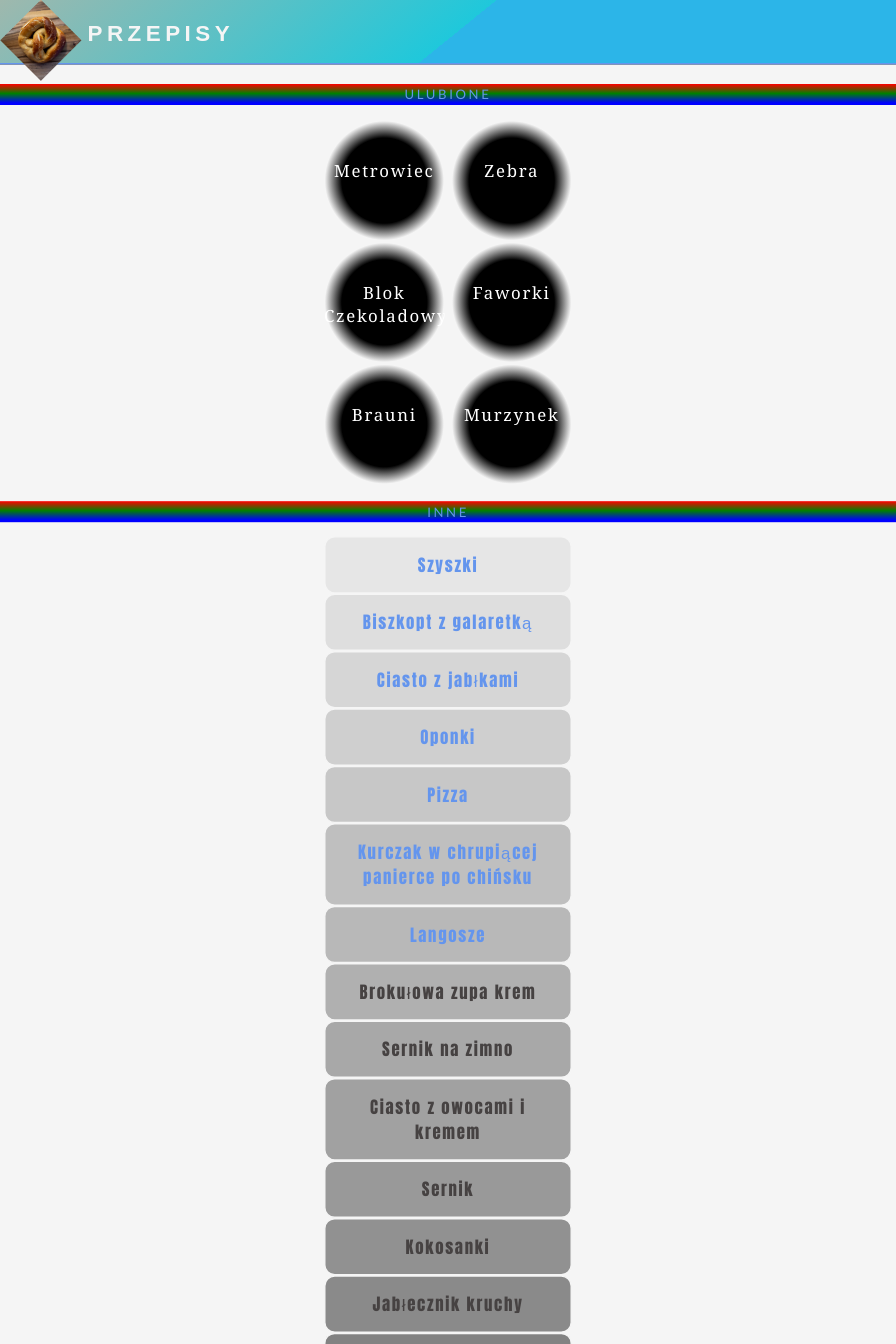
Repository: yaoayh/przepisy
Page: index.html
The author's editor kept a copy of each file at every save. The page is drawn from the files as they stood at one save, then again after the next save.
The browser window is 1280 px wide. The pictures show the part of the page from y = 0 to 1920 px (the page is 3147 px tall), at 70% of full size.

Above is the page before, as saved 2020-08-14 01:13:06.

### index.html
<!DOCTYPE html>
<html>
    <head>
        <title>Przepisy</title>

        <meta charset="UTF-8">
        <meta name="viewport" content="width=device-width,
        initial-scale=1.0">
        <meta name="author" content="Dawid Litwin">

        <link rel="shortcut icon" href="images/icon.jpg">

        <link href="css/styles.css" type="text/css"
        rel="stylesheet" />
    </head>

    <body>
        <!--                HEADER                           -->
        <div id="header">
            <div class="picture">
                <a href="#top"><img src="images/precel.jpg" alt="precel"
                title="obrazek przedstawiajacy precel"
                width= "82,8" height= "82,8"></a>
            </div>
        <h1>Przepisy</h1>
        </div>


        <!--                    INFO 1                       -->

        <div class="info_Nr1">
            <h3>Ulubione</h3>
        </div>
        <!--                    SQARES                       -->

        <form class="head_Sqares">
            <!----------------------------------------------------------------------------------------------------------------------------------------------------------------------->
            <a class="m1" href="podstrony/metrowiec.html">
            <div class="sqares_Left">
                <p class="favorites">Metrowiec
                </p>
            </div></a>
            <a href="podstrony/Zebra.htm">
            <div class="sqares_Right">
                <p class="favorites">Zebra</p>
            </div></a>
            <!---->
            <a href="podstrony/blok_Czekoladowy.html"><div class="sqares_Left">
                <p class="bigger">Blok Czekoladowy</p>
            </div></a>
            <a href="podstrony/faworki.html"><div class="sqares_Right">
                <p>Faworki</p>
            </div></a>
            <!---->
            <a href="podstrony/brauni.html"> <div class="sqares_Left">
                <p>Brauni</p>
            </div></a>
            <a href="podstrony/murzynek.html"><div class="sqares_Right">
                <p>Murzynek</p>
            </div></a>
            <!----------------------------------------------------------------------------------------------------------------------------------------------------------------------->
        </form>
        <div class="info_Nr2">
            <h3>Inne</h3>
        </div>
        <!--            CZEŚĆ DRUGA                          -->

        <form class="main2">
            <a href="podstrony/szyszki.html"><div class="n1"><p class="p1">Szyszki</p></div></a>
            <a href="podstrony/biszkopt_z_galaretką.html"><div class="n2"><p class="p1">Biszkopt z galaretką</p></div></a>
            <a href="podstrony/ciasto_z_jablkami.html"><div class="n3"><p class="p1">Ciasto z jabłkami</p></div></a>
            <a href="podstrony/oponki.html"><div class="n4"><p class="p1">Oponki</p></div></a>
            <a href="podstrony/pizza.html"><div class="n5"><p class="p1">Pizza</p></div></a>
            <a href="podstrony/kurczak_po_chinsku.html"><div class="n6"><p class="p1">Kurczak w chrupiącej panierce po chińsku</p></div></a>
            <a href="podstrony/langosze.html"><div class="n7"><p class="p1">Langosze</p></div></a>
            <a href="podstrony/brokulowa_zupa_krem.html"><div class="n8"><p class="p1_Shadow">Brokułowa zupa krem</p></div></a>
            <a href="podstrony/sernik_na_zimno.html"><div class="n9"><p class="p1_Shadow">Sernik na zimno</p></div></a>
            <a href="podstrony/ciasto_z_owocami_i_kremem.html"><div class="n10"><p class="p1_Shadow">Ciasto z owocami i kremem</p></div></a>
            <a href="podstrony/sernik.html"><div class="n11"><p class="p1_Shadow">Sernik</p></div></a>
            <a href="podstrony/kokosanki.html"><div class="n12"><p class="p1_Shadow">Kokosanki</p></div></a>
            <a href="podstrony/jablecznik_kruchy.html"><div class="n13"><p class="p1_Shadow">Jabłecznik kruchy</p></div></a>
            <a href="podstrony/ciasto_kasi.html"><div class="n14"><p class="p1_Shadow">Ciasto Kasi</p></div></a>
            <a href="podstrony/ciasto_ucierane.html"><div class="n15"><p class="p1">Ciasto ucierane z owocami</p></div></a>
            <a href="podstrony/gofry.html"><div class="n16"><p class="p1">Gofry</p></div></a>
            <a href="podstrony/brauni.html"><div class="n17"><p class="p1">Brauni Kasi</p></div></a>
            <a href="podstrony/salatka_francuska.html"><div class="n18"><p class="p1">Sałatka francuska</p></div></a>
            <a href="podstrony/botwina.html"><div class="n19"><p class="p1">Botwina</p></div></a>
            <a href="podstrony/nalewka.html"><div class="n20"><p class="p1">Nalewka</p></div></a>
            <a href="podstrony/salatka_zolta.html"><div class="n21"><p class="p1">Sałatka żółta</p></div></a>
            <a href="podstrony/ogorki_konserwowe.html"><div class="n22"><p class="p1">Ogórki konserwowe</p></div></a>
            <a href="podstrony/zacierki.html"><div class="n23"><p class="p1">Zacierki</p></div></a>
            <div class="n24"><p class="p1">Zupa serowa z pulpetami</p></div>
            <a href="podstrony/sos_beszamelowy_zapiekany.html"><div class="n25"><p class="p1">Sos beszamelowy Zapiekany</p></div></a>
            <a href="podstrony/kurczak_z_antylii.html">
                <div class="n26">
                    <p class="p1">Kurczak z Antylii</p>
                </div>
            </a>
            <br>

        </form>
        <br><br><br>

        <!--            PRAWA AUTORIESKIE                    -->

        <form class="bottom">
            <strong> <q>Precel</q>
                by <a class="a_Bottom" href="https://www.flickr.com/photos/ajay_suresh/">ajay_suresh</a>
        </strong>
        </form>


    </body>
</html>

### css/styles.css

html{overflow: scroll;}
body {
    height: auto;
	margin: 0px;
    background-color: whitesmoke;
}

/*                      Nagłówek                    */
body.body_Undersite{
    padding: 5px;
}
#header {
    top: 0px;
    width: 100%;
    height: 90px;
    position: fixed;
    background-color: black;
    background-image: linear-gradient(141deg, #9fb8ad 0%, #1fc8db 51%, #2cb5e8 51%, #2cb5e8 75%);
    border-bottom: 2px solid cornflowerblue;}

.picture{
    margin: 16px;
    float: left;
    width: 82px;
    transform: rotate(45deg);}

h1 {
    text-transform: uppercase;
    font-family: Arial, Helvetica, sans-serif;
    letter-spacing: 0.2em;
    font-style: normal;
    color: whitesmoke;
    padding: 30px 30px 30px 15px;
    margin-left: 110px;
    margin-top: 0px;}


/*                  CZESC II                    */
form.main2{
    margin: auto;
    height: auto; /*531px;*/
    width: 354px;/*354px;*/
    background-color: whitesmoke;
    padding: 5px;}
.info_Nr1, .info_Nr2{
    background-image: linear-gradient( red,green ,blue 90%);
    border: 12px 12px 12px 12px;
    border-color: black;
    border-style: single;
    text-align: center;
    margin-top: 120px;
    margin-bottom: 15px;
}

h3 {
    font-weight: normal;
    color: cornflowerblue;
    font-family: "Gill Sans", Arial, sans-serif;
    text-transform: uppercase;
    text-align: center;
    padding: 4px;
    margin: 0px;
    letter-spacing: 0.2em;}

/*                      BLOKI                   */

form.head_Sqares {
    margin: auto;
    height: 531px; /*531px;*/
    width: 354px;/*354px;*/
    background-color: whitesmoke;
    padding: 5px;}

.sqares_Left, .sqares_Right {
    text-decoration: none;
    border-radius: 15px;
    margin-top: 2px;
    width: 172px;
    height: 172px;
    background-image: linear-gradient(whitesmoke, black);
    background-image: linear-gradient(white, black, black);
    background-image: radial-gradient(circle,black,black 50%,whitesmoke 70%);
    color: white;
    overflow: auto;
    /* border: 2px solid rgba(0, 0, 0, .1); */
    /* border-top: 2px solid rgba(245, 245, 245, 0.959); */
    /* border-top: 2px solid rgb(133, 133, 133); */

}
.sqares_Left{
    float: left;
    }
/* .first_Choice{color: cornflowerblue;} */
.sqares_Right{
    float: right ;
    clear: right;}
p {

    border-radius: 5px;
    text-decoration: none;
    padding-top: 55px;
    text-align: center;
    font-family: Georgia, 'Times New Roman', Times, serif;
    font-size: x-large;
    letter-spacing: 0.10em;
    margin:0px;}
p.p1_Shadow{padding: 21px; color: rgb(70, 66, 66);
    font-family: Impact, Haettenschweiler, 'Arial Narrow Bold', sans-serif;
text-decoration: none;}
p.p1{
    font-family: Impact, Haettenschweiler, 'Arial Narrow Bold', sans-serif;
    text-decoration: none;
    padding: 21px;
    color: cornflowerblue;}
#bigger {
    font-size: 9px;
    padding: 0px 0px;}
.info_Nr2 {margin-top: 10px;}

.n1,.n2,.n3,.n4,.n5,.n6,.n7,.n8,.n9,.n10,.n11,.n12,.n13,.n14,.n15,.n16,.n17,.n18,.n19,.n20,.n21,.n22,.n23,.n24,.n25,.n26,.n27{
    border-radius: 15px;
    border: 2px solid whitesmoke;
    clear: both;}
div.n1 {

    background-color: hsl(0, 0%, 90%);
}
.n2{
    background-color: hsl(0,0%,87%);
}
.n3{
    background-color: hsl(0, 0%, 84%);
}
.n4{
    background-color: hsl(0, 0%, 81%);
}
.n5{
    background-color: hsl(0, 0%, 78%);
}
.n6{
    background-color: hsl(0, 0%, 75%);
}
.n7{
    background-color: hsl(0, 0%, 72%);
}
.n8{
    background-color: hsl(0, 0%, 69%);
}
.n9{
    background-color: hsl(0, 0%, 66%);
}
.n10{
    background-color: hsl(0, 0%, 63%);
}
.n11{
    background-color: hsl(0, 0%, 60%);
}
.n12{
    background-color: hsl(0, 0%, 57%);
}
.n13{
    background-color: hsl(0, 0%, 54%);
}
.n14{
    background-color: hsl(0, 0%, 51%);
}
.n15{
    background-color: hsl(0, 0%, 48%);
}
.n16{
    background-color: hsl(0, 0%, 45%);
}
.n17{
    background-color: hsl(0, 0%, 42%);
}
.n18{
    background-color: hsl(0, 0%, 39%);
}
.n19{
    background-color: hsl(0, 0%, 36%);
}
.n20{
    background-color: hsl(0, 0%, 33%);
}
.n21{
    background-color: hsl(0, 0%, 30%);
}
.n22{
    background-color: hsl(0, 0%, 27%);
}
.n23{
    background-color: hsl(0, 0%, 24%);
}
.n24{
    background-color: hsl(0, 0%, 21%);
}
.n25{
    background-color: hsl(0, 0%, 18%);
}
.n26{
    background-color: hsl(0, 0%, 15%);
}
.n27{background-color: hsl(0, 0%, 12%);}


/*                  PRAWA AUTORSKIE             */
.a_Bottom {
    text-decoration: none;
    color: white;
    text-decoration-line: underline;
}
.bottom {
    padding: 5px;
    text-decoration: none;
    background-color: black;
    color: white;
}
/**************************************************************************************/

#header_Undersite {
    top: 0px;
    width: 100%;
    height: 90px;
    position: fixed;
    background-color: black;
    border-bottom: 2px solid cornflowerblue;}
h1.h1_Undersite {
    letter-spacing: 0.15em;
}

a.m1:visited{
    color: cornflowerblue;
}
a {

    text-decoration: whitesmoke;

}
a:visited{
    color: whitesmoke;
}
a:hover{
    text-decoration: none;
    background-color: aquamarine;
    color: cyan;
}
td{
    font-size: large;
    text-decoration: solid;
    font-family: Arial, Helvetica, sans-serif;
    padding: 5px;
    background-color: cornflowerblue;
    border-radius: 5px;

}
form.form_Undersite{
    margin-top: 120px;
    background-color: rgb(245, 245, 245);
}
.name{
    max-width: 400px;
    border-radius: 35px;
    border: 8px double cornflowerblue;
    background-color: hsl(245,0%,95%);
    padding: 5px 0px 5px 5px;
    margin: 5px;}

h2 {
    text-align: left;
    font-size: x-large;
    text-transform: uppercase;
    font-family: Arial, Helvetica, sans-serif;
    letter-spacing: 0.2em;
    font-style: normal;
    color: whitesmoke;
    padding: 30px;
    border: 1px solid cornflowerblue;
    border-radius: 0px 20px 20px 0px;
    max-width: 120px;
    background-color: cornflowerblue;
    }
table {

    margin-right: 0px;
    padding: 10px 0px 10px 0px;
}
tr{
    empty-cells: hide;
}
td {
    width: 60px;
    background-color: hsl(0,0%,87%);
    border-radius: 10px;
    padding: 10px 5px 10px 10px;
    text-align: right;
    font-weight: bold;
}
td.table2{
    width: auto;
    background-color: cornflowerblue;
    border-radius: 50px;
    font-weight: normal;
    padding: 10px 10px 10px 10px;
    text-align: left;
}
ol{
    padding: 10px 0px 10px 0px;
    margin: 25px;
    border-radius: 20px;
    background-color: hsl(0,0%,87%);
}
li {

    font-family: Arial, Helvetica, sans-serif;
    font-size: large;
    padding: 15px 5px 10px 5px;
}
.ps{
    background-color: hsl(0,0%,87%);
    margin: 5px;
    border: 4px double cadetblue;
    border-radius: 5px;
    padding: 5px;
}

After the next save:
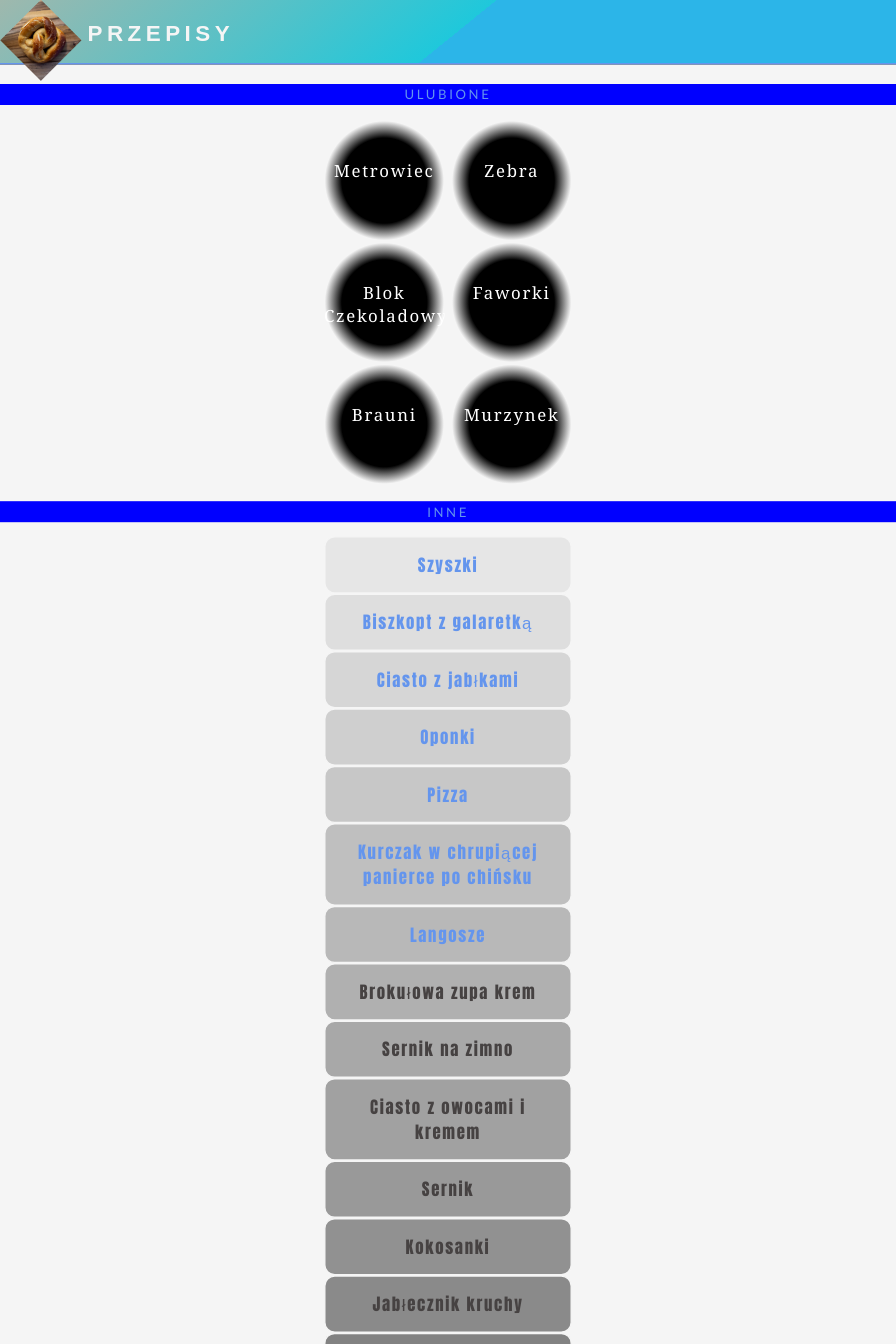
Saved 11 s later.
--- a/css/styles.css
+++ b/css/styles.css
@@ -44,7 +44,7 @@
     background-color: whitesmoke;
     padding: 5px;}
 .info_Nr1, .info_Nr2{
-    background-image: linear-gradient( red,green ,blue 90%);
+    background-image: linear-gradient( red,green ,blue 1%);
     border: 12px 12px 12px 12px;
     border-color: black;
     border-style: single;

After the 2 saves that followed:
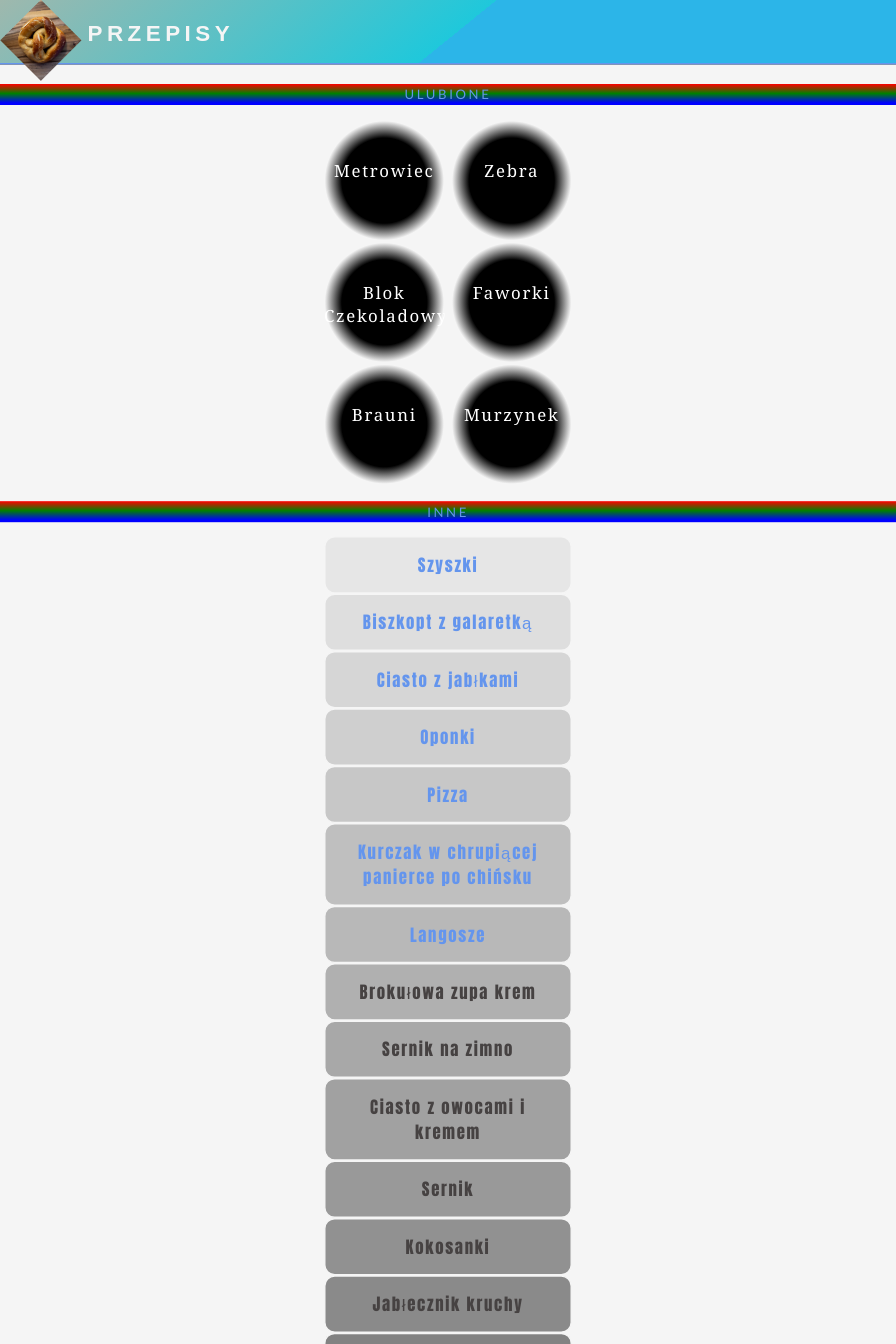
The 2 saves are shown as one change because they came seconds apart.
The last was saved 8 s later.
--- a/css/styles.css
+++ b/css/styles.css
@@ -44,7 +44,7 @@
     background-color: whitesmoke;
     padding: 5px;}
 .info_Nr1, .info_Nr2{
-    background-image: linear-gradient( red,green ,blue 1%);
+    background-image: linear-gradient( red,green ,blue 90%);
     border: 12px 12px 12px 12px;
     border-color: black;
     border-style: single;
